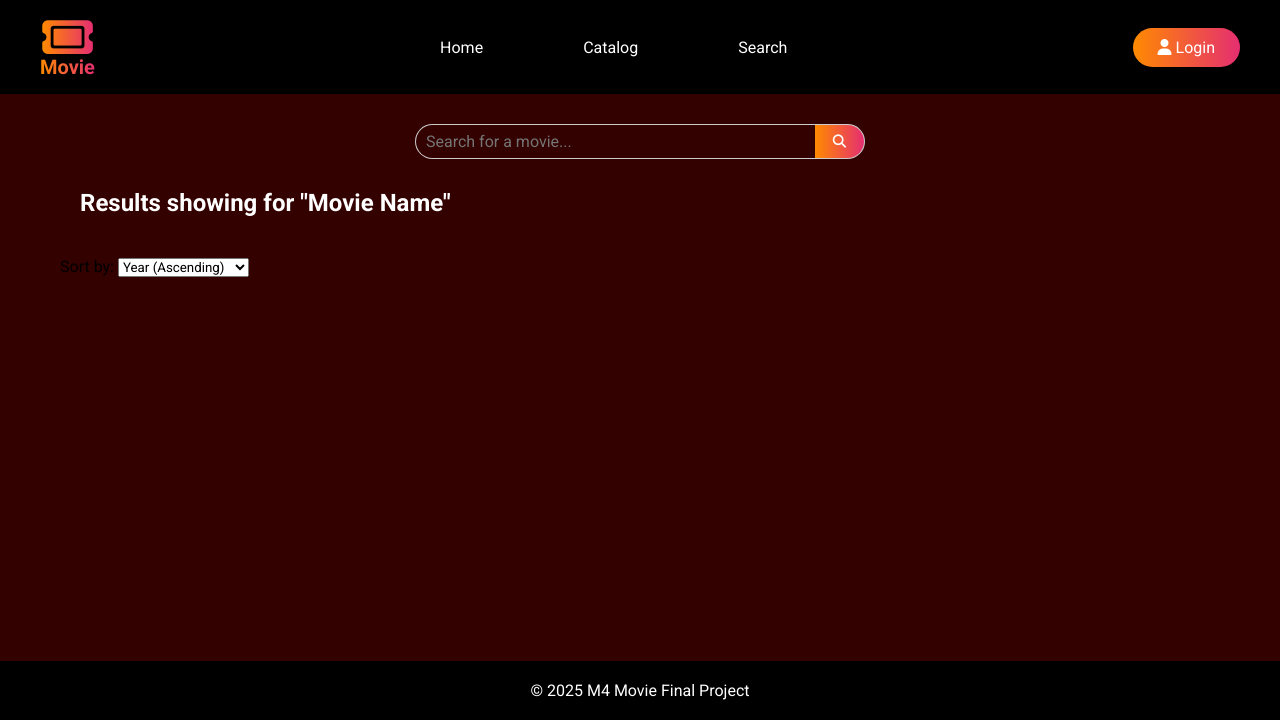
Repository: avivanguyen/m4_movie-FinalProject
Page: index.html
An editor plug-in stored every save of this project. The page is shown before and after a run of saves, followed by the edit.
The browser window is 1280 px wide. The pictures show the whole page.
Some web libraries are served in a nearby version.

Above is the page before, as saved 2025-12-30 07:59:07.

### index.html
<!DOCTYPE html>
<html lang="en">
<head>
    <meta charset="UTF-8">
    <meta name="viewport" content="width=device-width, initial-scale=1.0">
    <title>M4 Movie Final Project</title>
    <link rel="stylesheet" href="styles.css">
    <script src="script.js" defer></script>
    <script src="https://kit.fontawesome.com/2588cf0bac.js" crossorigin="anonymous"></script>
</head>
<body>
    <nav>
        <div class="logo">
            <i class="fa-solid fa-ticket logo__ticket"></i>
            <h1 class="logo__title">Movie</h1>
        </div>
        <ul class="nav-links">
            <li><a href="#">Home</a></li>
            <li><a href="#">Catalog</a></li>
            <li><a href="#">Search</a></li>
        </ul>
        <div class="login">
            <button>
                <a href="#">
                    <i class="fa-solid fa-user login__icon"></i>
                    <span class="login__text">Login</span>
                </a>
            </button>
        </div>
    </nav>
    <main>
        <section class="search-section">
            <input type="text" id="search-input" placeholder="Search for a movie..." onchange="onSearchMovie(event)">
            <button id="search-button"><i class="fa-solid fa-magnifying-glass"></i></button>
        </section>
        <section class="results__section">
            <div id="results__container">
                <div class="breadcrumb">
                    <h2>Results showing for "<span id="search-term">Movie Name</span>"</h2>
                </div>
                <div class="sort">
                    <label for="sort-select">Sort by:</label>
                    <select id="sort-select" onchange="onSortChange(event)">
                        <option value="year-ascending">Year (Ascending)</option>
                        <option value="year-descending">Year (Descending)</option>
                        <option value="title-ascending">Movie Title (A-Z)</option>
                        <option value="title-descending">Movie Title (Z-A)</option>
                    </select>
                </div>
                <div class="loading hidden">
                    <i class="fa fa-spinner fa-spin"></i>
                </div>
                <div class="movie">
                    <div class="movie-card hidden">
                        <div class="movie-card__container" onclick="toggleModal()">
                            <div class="movie__poster">
                                <img src="./assets/movie_poster-placeholder.png" alt="">
                            </div>
                            <div class="movie__title">Movie Title</div>
                            <div class="movie__year">20XX</div>
                        </div>
                    </div>
                    <!-- <div class="movie-card">
                        <div class="movie-card__container" onclick="toggleModal()">
                            <div class="movie__poster">
                                <img src="./assets/movie_poster-placeholder.png" alt="">
                            </div>
                            <div class="movie__title">Movie Title</div>
                            <div class="movie__year">20XX</div>
                        </div>
                    </div>
                    <div class="movie-card">
                        <div class="movie-card__container" onclick="toggleModal()">
                            <div class="movie__poster">
                                <img src="./assets/movie_poster-placeholder.png" alt="">
                            </div>
                            <div class="movie__title">Movie Title</div>
                            <div class="movie__year">20XX</div>
                        </div>
                    </div>
                    <div class="movie-card">
                        <div class="movie-card__container" onclick="toggleModal()">
                            <div class="movie__poster">
                                <img src="./assets/movie_poster-placeholder.png" alt="">
                            </div>
                            <div class="movie__title">Movie Title</div>
                            <div class="movie__year">20XX</div>
                        </div>
                    </div>
                    <div class="movie-card">
                        <div class="movie-card__container" onclick="toggleModal()">
                            <div class="movie__poster">
                                <img src="./assets/movie_poster-placeholder.png" alt="">
                            </div>
                            <div class="movie__title">Movie Title</div>
                            <div class="movie__year">20XX</div>
                        </div>
                    </div>
                    <div class="movie-card">
                        <div class="movie-card__container" onclick="toggleModal()">
                            <div class="movie__poster">
                                <img src="./assets/movie_poster-placeholder.png" alt="">
                            </div>
                            <div class="movie__title">Movie Title</div>
                            <div class="movie__year">20XX</div>
                        </div>
                    </div> -->
                </div>
            </div>
        </section>
        <div class="modal">
            <div class="modal__half modal__poster">
                <figure>
                    <img src="./assets/movie_poster-placeholder.png" alt="">
                </figure>
            </div>
            <div class="modal__half modal__description">
                <h2 class="modal__title">Movie Title</h2>
                <p class="modal__year">20XX</p>
                <p class="modal__plot">Lorem ipsum dolor sit amet, consectetur adipiscing elit. Sed do eiusmod tempor incididunt ut labore et dolore magna aliqua.</p>
                <ul class="modal__details">
                    <li><strong>Director:</strong> Director Name</li>
                    <li><strong>Actors:</strong> Actor 1, Actor 2, Actor 3</li>
                    <li><strong>Runtime:</strong> XX min</li>
                </ul>
                <button class="watch">Watch Now</button>
            </div>
            <button class="close-button" onclick="toggleModal()">Close</button>
        </div>
    </main>
    <footer>
        <p>&copy; 2025 M4 Movie Final Project</p>
    </footer>
</body>
</html>

### styles.css
@import url('https://fonts.googleapis.com/css2?family=Roboto:ital,wght@0,100..900;1,100..900&display=swap');

* {
    margin: 0;
    padding: 0;
    box-sizing: border-box;
    font-family: 'Roboto', sans-serif;
}

body {
    background-color: #340101;
    min-height: 100vh;
    display: flex;
    flex-direction: column; /*ensures footer stays at bottom*/
}

a {
    text-decoration: none;
}

li {
    list-style: none;
}

.hidden {
    display: none !important;
}

/*
NAVIGATION STYLES
*/
nav {
    display: flex;
    justify-content: space-between;
    align-items: center;
    flex-direction: row;
    background-color: black;
    width: 100%;
    padding: 15px 40px;
}

.logo {
    display: flex;
    align-items: center;
    flex-direction: column;
}

.logo__ticket,
.logo__title {
    background: linear-gradient(90deg, #ff8a00, #e52e71);
    background-clip: text;
    -webkit-background-clip: text;
    -webkit-text-fill-color: transparent;
}

.logo__ticket {
    font-size: 45px;
    margin-bottom: -5px;
}

.logo__title {
    font-size: 20px;
}

.nav-links {
    display: flex;
    flex-direction: row;
    gap: 100px;
}

.nav-links a {
    color: white;
    font-size: 16px;
    transition: color 300ms ease;
}

.nav-links a:hover,
.close-button:hover {
    color: #ff8a00;
}

.login button,
.modal button.watch {
    background: linear-gradient(90deg, #ff8a00, #e52e71);
    border: none;
    padding: 10px 25px;
    border-radius: 50px;
    color: white;
    font-size: 16px;
    cursor: pointer;
    transition: transform 300ms ease;
}
.login button:hover,
.modal button.watch:hover {
    transform: scale(1.1);
}

.login a {
    color: white;
}


/*
SEARCH STYLES
*/
.search-section {
    display: flex;
    justify-content: center;
    align-items: center;
    margin: 30px 0;
}

#search-input {
    width: 400px;
    height: 35px;
    padding: 0 10px;
    font-size: 16px;
    border: 1.5px solid #ccc;
    border-right: none;
    border-radius: 50px 0 0 50px;
    outline: none;
    background-color: transparent;
    color: white;
}

#search-button {
    height: 35px;
    width: 50px;
    outline: none;
    border-radius: 0 50px 50px 0;
    border: 1.5px solid #ccc;
    border-left: none;
    cursor: pointer;
    background: linear-gradient(90deg, #ff8a00, #e52e71);
    transition: all 300ms ease;
    position: relative;
}
#search-button:hover {
    background: transparent;
    border: 2px solid transparent;
    background-image: linear-gradient(#340101, #340101), linear-gradient(90deg, #ff8a00, #e52e71);
    background-origin: border-box;
    background-clip: padding-box, border-box;
}

.search-section #search-button i {
    color: white;
}



/*
LOADING STYLES
*/
.loading {
    justify-content: center;
    align-items: center;
    margin-top: 20px;
    opacity: 1;
    transition: opacity 500ms ease-in-out;
}

.loading:not(.hidden) {
    display: flex;
}

.loading.hidden {
    opacity: 0;
    transition: opacity 500ms ease-in-out 1000ms;
}

.fa-spinner {
    font-size: 35px;
    color: white;
}

/*
RESULTS STYLES
*/
.breadcrumb {
    color: white;
    margin-left: 20px;
    margin-bottom: 40px;
}

.results__section {
    margin: 0 60px;
}

.movie {
    width: 100%;
    height: auto;
    padding: 0 80px;
    display: flex;
    flex-direction: row;
    flex-wrap: wrap;
    justify-content: center;
}

.movie-card {
    cursor: pointer;
    margin: 15px;
    width: 200px; /*makes sure all cards are same size and that the text doesn't overflow*/
    display: flex;
    flex-direction: row;
    flex-wrap: wrap;
    justify-content: center;
    transition: transform 300ms ease;
}
.movie-card:hover {
    transform: scale(1.05);
    background-color: #4d0d0d;
    border-radius: 8px;
    box-shadow: 0 6px 12px #4d0d0d;
}

.movie-card__container {
    padding: 4px 18px;
}

.movie__poster img {
    width: 200px;
    height: 300px;
    box-shadow: 0 4px 8px rgba(0, 0, 0, 0.2);
}

.movie__title,
.movie__year {
    color: white;
    text-align: center;
    margin-top: 2px;
}

/*
MODAL STYLES
*/
.modal {
    display: flex;
    position: fixed;
    top: 50%;
    left: 50%;
    transform: translate(-50%, -50%);
    width: 90%;
    max-width: 1100px;
    background-color: #4b3434;
    box-shadow: 0 6px 12px #4d0d0d;
    visibility: hidden;
    transition: visibility 400ms, z-index 300ms ease;
}

.modal--open .modal {
    display: flex;
    z-index: 50;
    box-shadow: 0 6px 12px #4d0d0d;
    visibility: visible;
}

.modal__half {
    display: flex;
    flex-direction: column;
    justify-content: center;
    position: relative;
}

.modal__poster img {
    width: 100%;
}

.modal__description {
    padding: 80px;
    color: white;
    line-height: 2.5;
}

.watch {
    margin-top: auto;
    width: 50%;
    display: flex;
    justify-content: center;
    align-items: center;
    margin-left: 100px;
}

.close-button {
    position: absolute;
    top: 15px;
    right: 30px;
    font-size: 20px;
    color: white;
    cursor: pointer;
    background-color: transparent;
    border: none;
}

/*
FOOTER STYLES
*/
footer {
    text-align: center;
    padding: 20px 0;
    background-color: black;
    color: white;
    margin-top: auto;
}


/*
RESPONSIVE STYLES
*/
@media (max-width: 768px) {
    .nav-links {
            gap: 75px;
        }

    #search-input {
        width: 300px;
    }

    .movie-card {
        margin: 15px;
    }

    .modal__description {
        padding: 40px;
        line-height: 2;
    }

    .modal__details {
        margin-bottom: 15px;
    }

    .close-button {
        font-size: 18px;
    }
}

@media (max-width: 480px) {
    nav {
        padding: 8px 20px;
    }
    .nav-links {
        gap: 50px;
    }

    .login__text {
        display: none;
    }
    .login button {
        padding: 10px;
    }

    .movie-card {
        margin: 8px;
    }
    .movie__poster img {
        width: 150px;
        height: auto;
    }
    .movie__title, .movie__year {
        font-size: 20px;
    }

    .results__section {
        margin: 0 20px;
    }
    .movie {
        padding: 0;
    }

    .modal {
        flex-direction: column;
    }
    .modal__description {
        padding: 18px;
        line-height: 1.8;
    }
    .modal__poster {
        display: flex;
        justify-content: center;
        align-items: center;
        text-align: center;
    }
    .modal__poster img {
        width: 50%;
    }
}

### script.js
//API key: 5aa2e87d
//base URL: https://www.omdbapi.com/?apikey=5aa2e87d&s=MOVIE_NAME_HERE

//Modal functionality
let isModalOpen = false;

function toggleModal() {
  if (isModalOpen) {
    isModalOpen = !isModalOpen;
    return document.body.classList.remove("modal--open");
  }
  isModalOpen = true;
  document.body.classList += " modal--open";
}

//Search functionality
async function onSearchMovie(event) {
  const searchMovie = event.target.value;

  if (!searchMovie) return;

  //breadcrumb
  document.getElementById("search-term").textContent = searchMovie;

  const movieContainer = document.querySelector(".movie");
  const loadingSpinner = document.querySelector(".loading");

  loadingSpinner.classList.remove("hidden");

  // Fetch movies from API
  const response = await fetch(
    `https://www.omdbapi.com/?apikey=5aa2e87d&s=${searchMovie}`
  );
  const data = await response.json();

  loadingSpinner.classList.add("hidden");

  if (data.Response === "True") {
    movieContainer.innerHTML = data.Search
    .slice(0, 6) // Limit to first 6 results//
      .map((movie) => movieCardHtml(movie))
      .join("");
  } else {
    movieContainer.innerHTML = `<div class="breadcrumb">
            <h2>Results showing for "<span id="search-term">${searchMovie}</span>"</h2>
        </div>`;
  }
}

//Movie card results
function movieCardHtml(movie) {
  return `
    <div class="movie-card">
        <div class="movie-card__container" onclick="toggleModal()">
            <div class="movie__poster">
                <img src="${
                  movie.Poster !== "N/A"
                    ? movie.Poster
                    : "./assets/movie_poster-placeholder.png"
                }" alt="">
            </div>
            <div class="movie__title">${movie.Title}</div>
            <div class="movie__year">${movie.Year}</div>
        </div>
    </div>`;
}

// //Movie modal results
// async function movieModalHtml(imdbID) {
//   toggleModal();
//   const response = await fetch(
//     `https://www.omdbapi.com/?apikey=5aa2e87d&i=${imdbID}`
//   );
//   const movie = await response.json();

//   document.querySelector(".modal__poster img").src =
//     movie.Poster !== "N/A"
//       ? movie.Poster
//       : "./assets/movie_poster-placeholder.png";
//   document.querySelector(".modal__title").textContent = movie.Title;
//   document.querySelector(".modal__year").textContent = movie.Year;
// }
// function movieModalHtml(movie) {
//   return `
//     <div class="modal">
//             <div class="modal__half modal__poster">
//                 <figure>
//                     <img src="${
//                       movie.Poster !== "N/A"
//                         ? movie.Poster
//                         : "./assets/movie_poster-placeholder.png"
//                     }" alt="">
//                 </figure>
//             </div>
//             <div class="modal__half modal__description">
//                 <h2 class="modal__title">${movie.Title}</h2>
//                 <p class="modal__year">${movie.Year}</p>
//                 <p class="modal__plot">Lorem ipsum dolor sit amet, consectetur adipiscing elit. Sed do eiusmod tempor incididunt ut labore et dolore magna aliqua.</p>
//                 <ul class="modal__details">
//                     <li><strong>Director:</strong> Director Name</li>
//                     <li><strong>Actors:</strong> Actor 1, Actor 2, Actor 3</li>
//                     <li><strong>Runtime:</strong> XX min</li>
//                 </ul>
//                 <button class="watch">Watch Now</button>
//             </div>
//             <button class="close-button" onclick="toggleModal()">Close</button>
//         </div>`;
// }

After the next 3 saves:
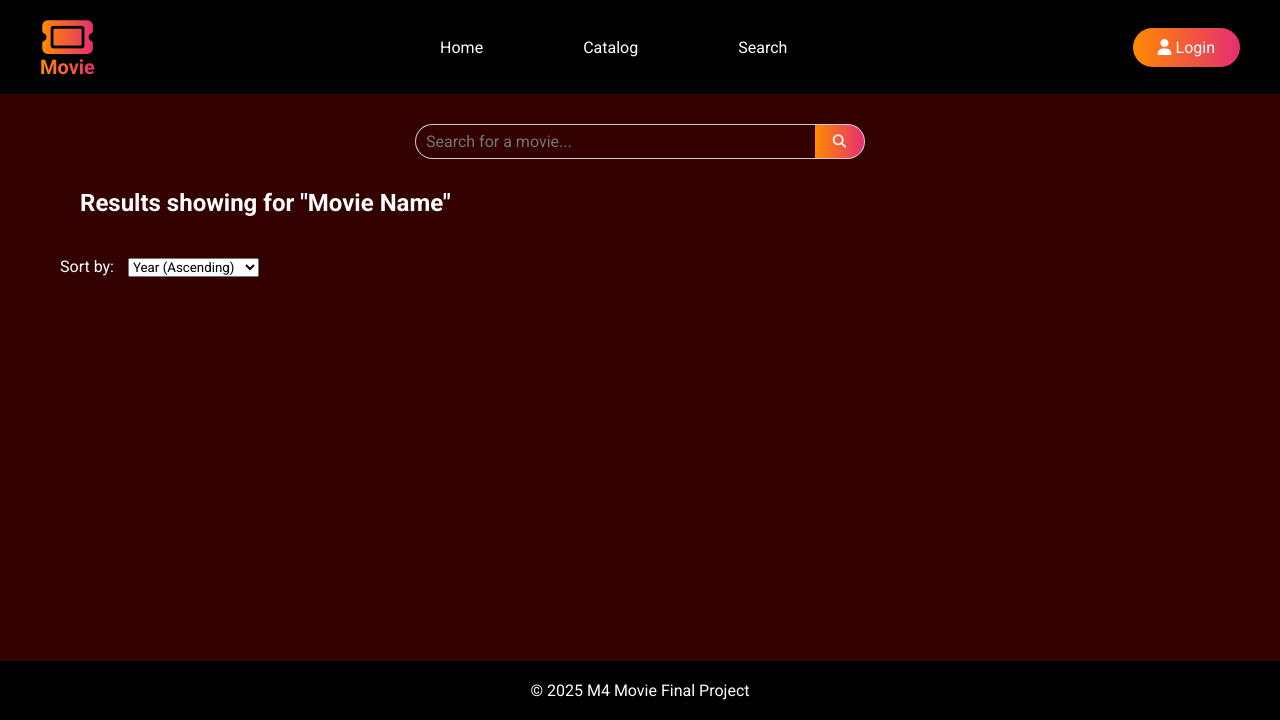
The 3 saves are shown as one change because they came seconds apart.
The last was saved 9 s later.
--- a/styles.css
+++ b/styles.css
@@ -147,7 +147,10 @@ SEARCH STYLES
     color: white;
 }
 
-
+.sort label {
+    color: white;
+    margin-right: 10px;
+}
 
 /*
 LOADING STYLES
